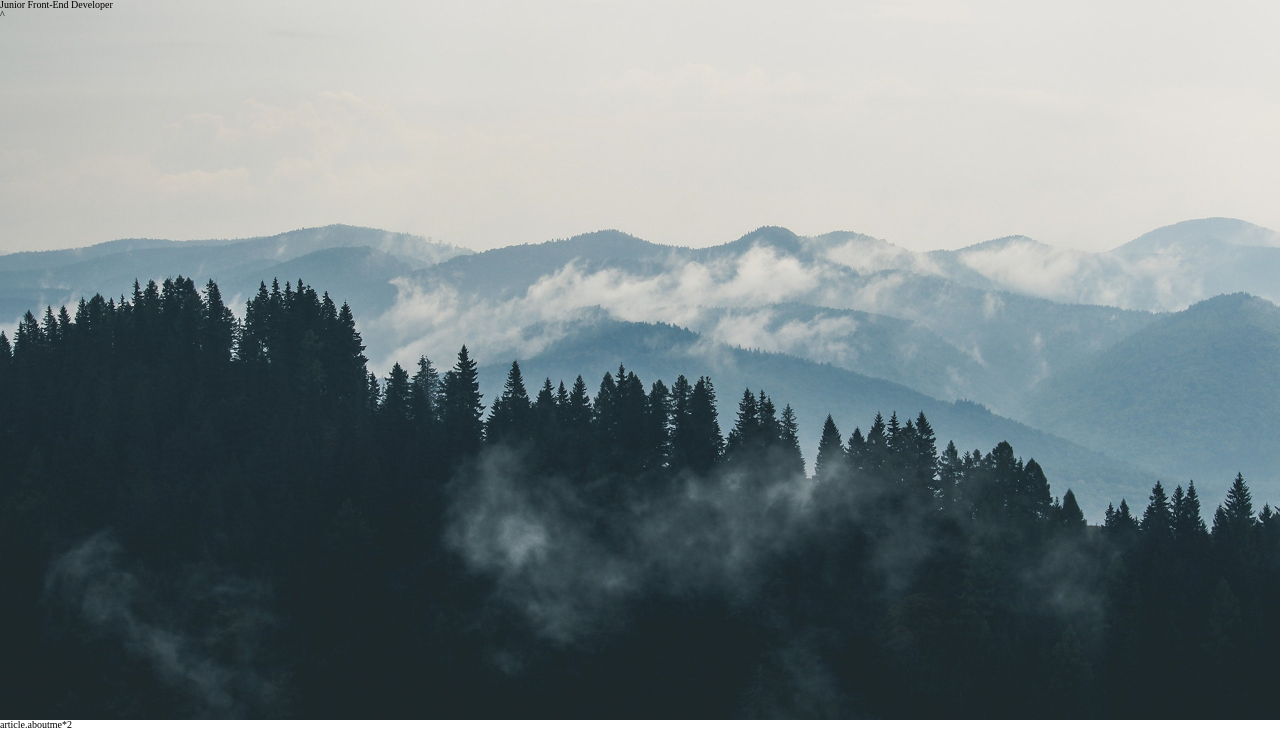
Repository: Maxs777/wizytowka
Page: index.html
An editor plug-in stored every save of this project. The page is shown before and after the next save, followed by the edit.
The browser window is 1280 px wide. The pictures show the whole page.

Above is the page before, as saved 2019-03-09 21:24:30.

After the next save:
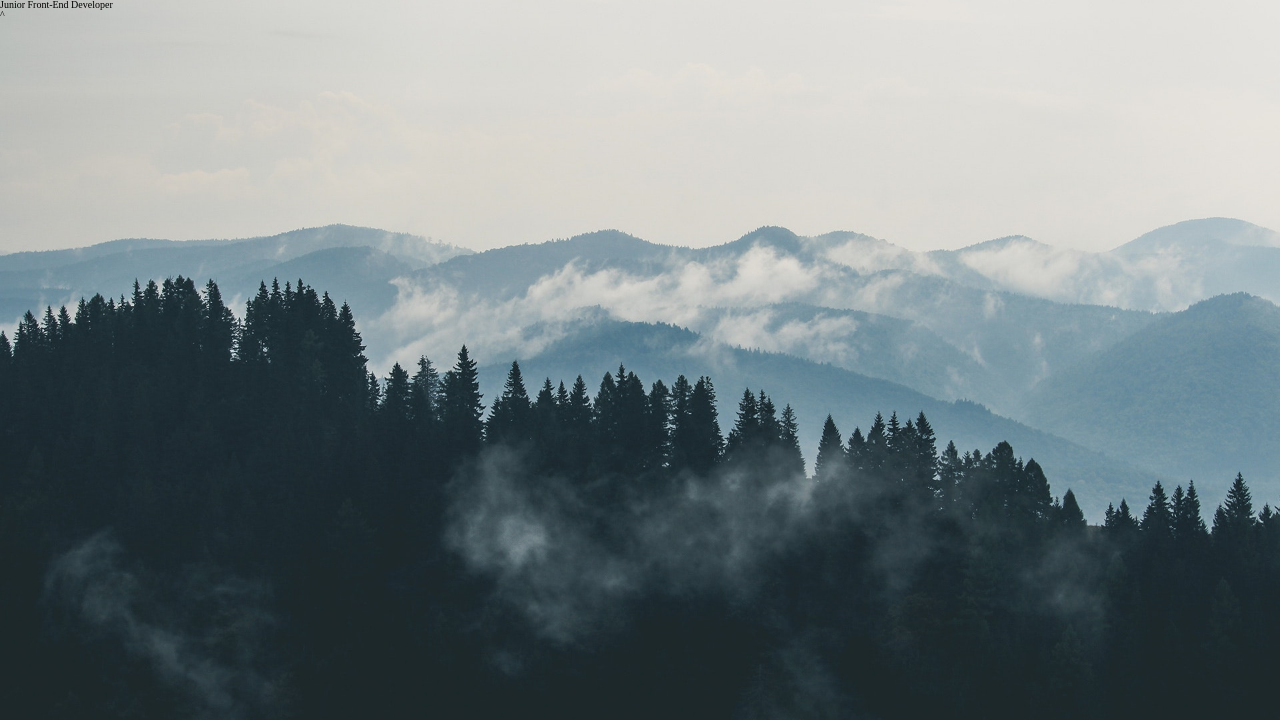
Saved 4 s later.
--- a/index.html
+++ b/index.html
@@ -28,7 +28,8 @@
            <div class="wrapper">^</div>
         </header>
        <section id="section1" class="aboutme">
-           article.aboutme*2
+           <article class="aboutme"></article>
+           <article class="aboutme"></article>
        </section>
        <section id="section2" class="skills"></section>
        <section id="section3" class="project"></section>
